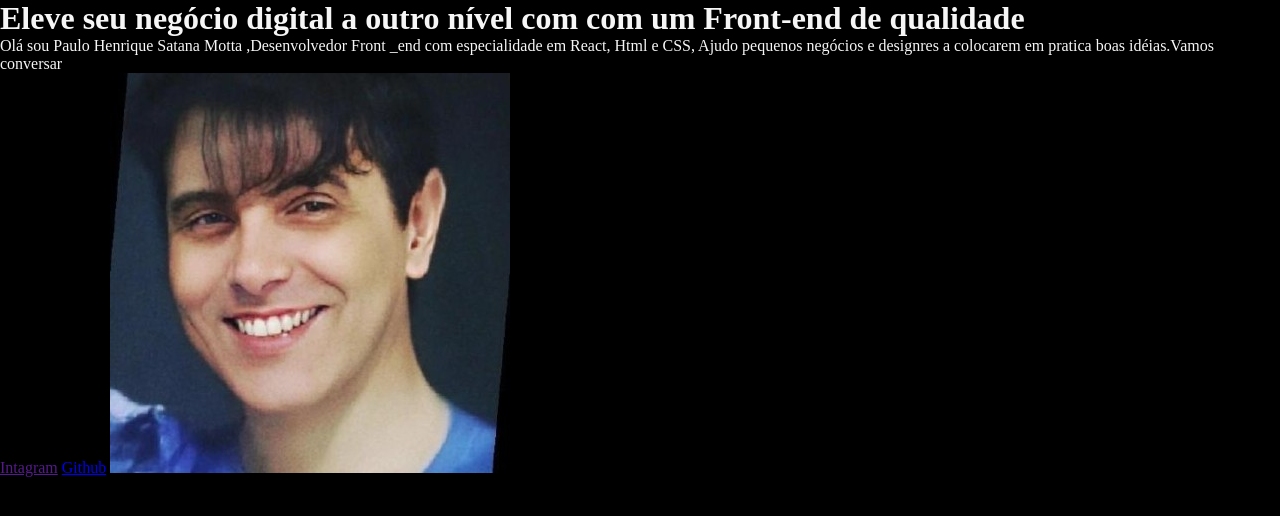
Repository: phsmottanerd/projeto-portfolio-alura
Page: index.html
The author's editor kept a copy of each file at every save. The page is drawn from the files as they stood at one save, then again after the next save.
The browser window is 1280 px wide. The pictures show the whole page.

Above is the page before, as saved 2025-01-21 19:49:04.

After the next save:
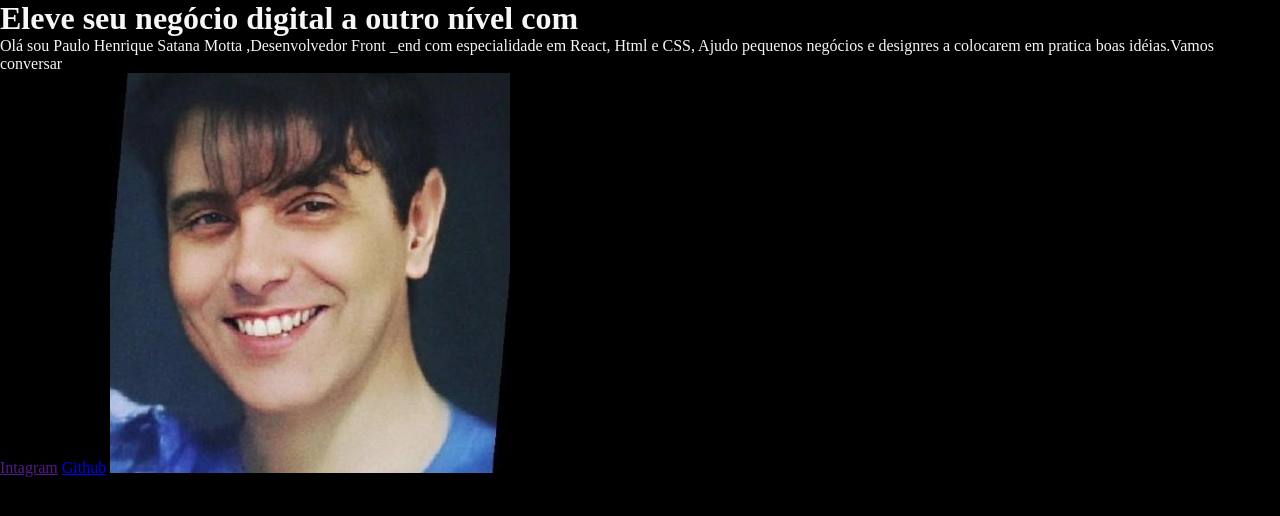
Saved 11 s later.
--- a/style.css
+++ b/style.css
@@ -9,6 +9,6 @@ body{
 background-color:black;
 color:#f6f6f6;
 }
-titulo-destaque{
+.titulo-destaque{
     color:black;
 }
